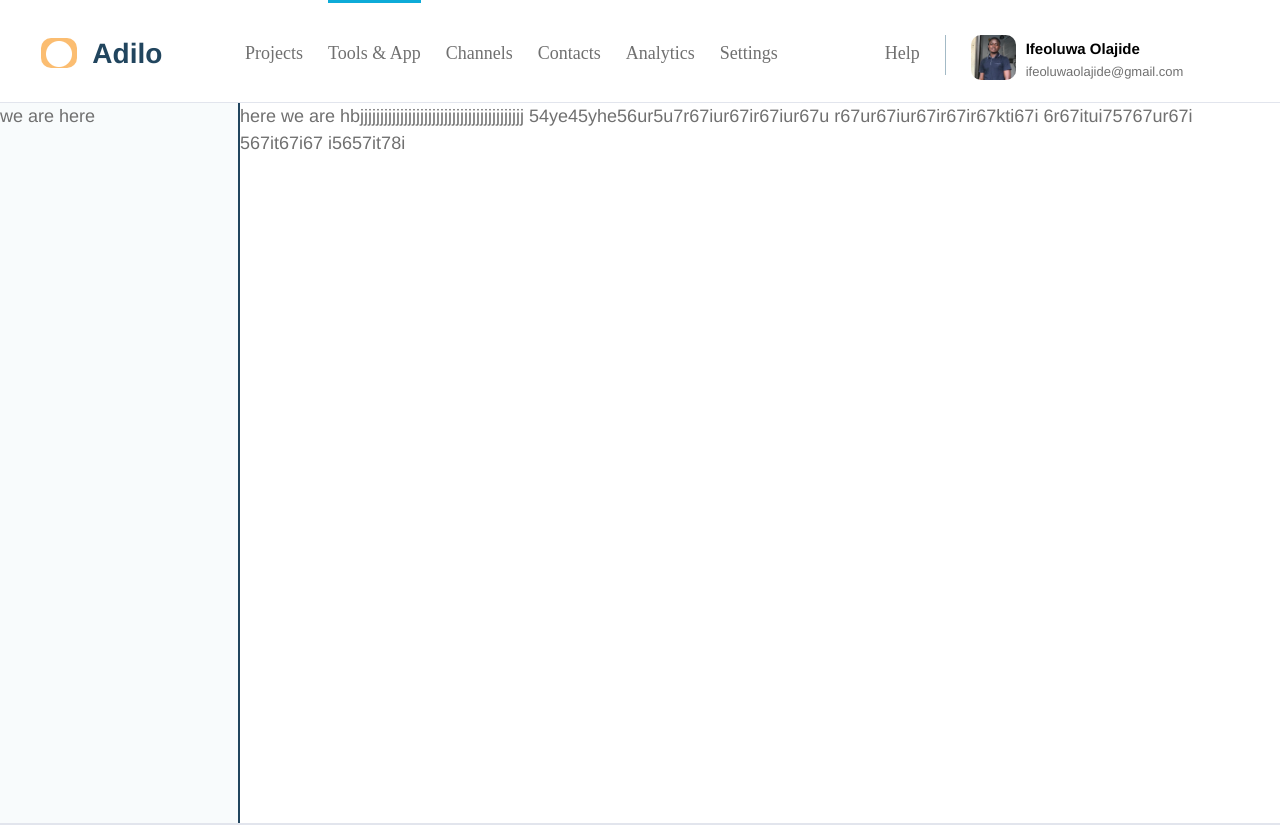
Repository: olhighjay/video_recorder
Page: /
The author's editor kept a copy of each file at every save. The page is drawn from the files as they stood at one save, then again after the next save.
The browser window is 1280 px wide. The pictures show the whole page.
Some web libraries are served in a nearby version. The project was rebuilt for these pictures with package versions that can differ from the ones it lists, and the page was loaded fresh each time. Also part of the build but not shown: vue.config.js.

Above is the page before, as saved 2022-07-28 18:22:44.

After the next save:
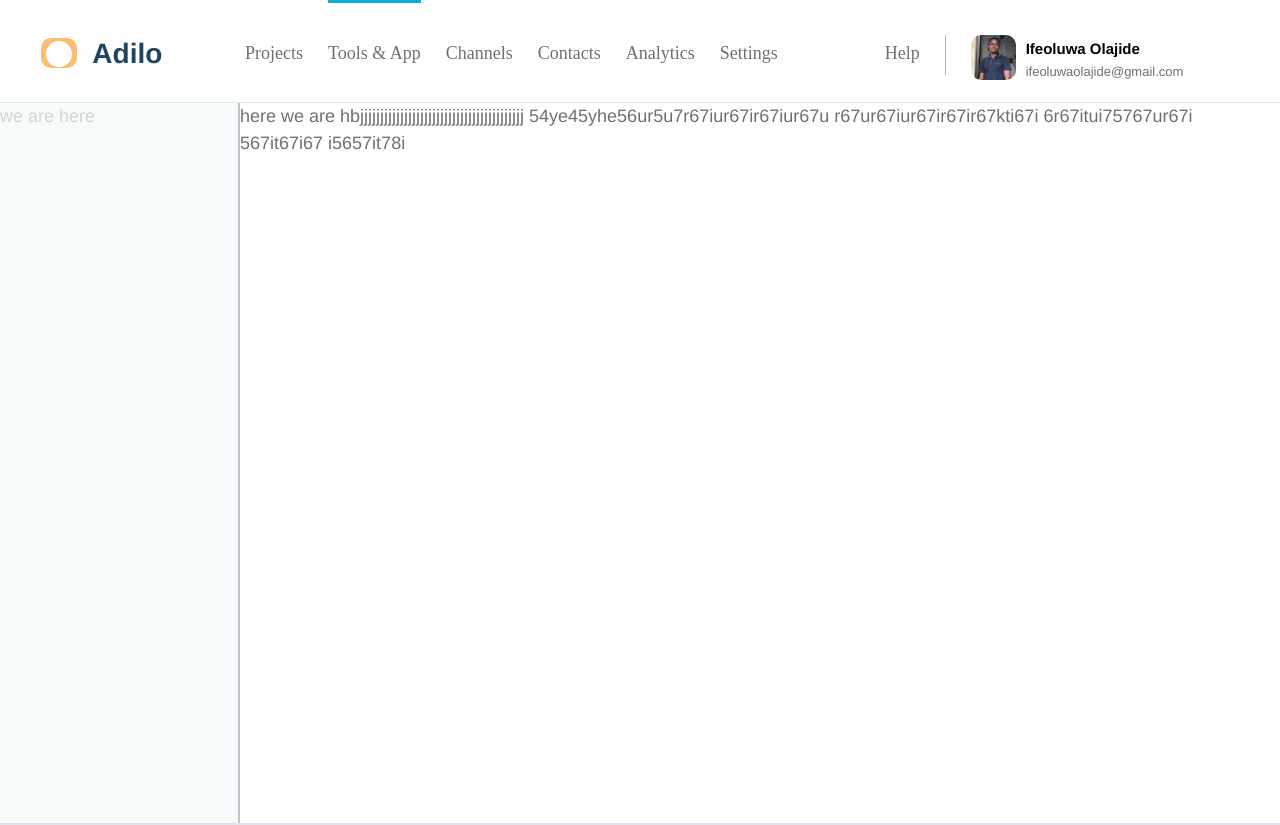
Saved 2 min 43 s later.
--- a/src/App.vue
+++ b/src/App.vue
@@ -36,7 +36,8 @@
 .my-sidebar {
   flex: 0 0 240px;
   height: 100vh;
-  background-color: #ebf2f656;
+  background-color: #EBF2F6 ;
+  opacity: .3;
   border-right: 2px solid #21455E;
   /* width:250px; */
 }
